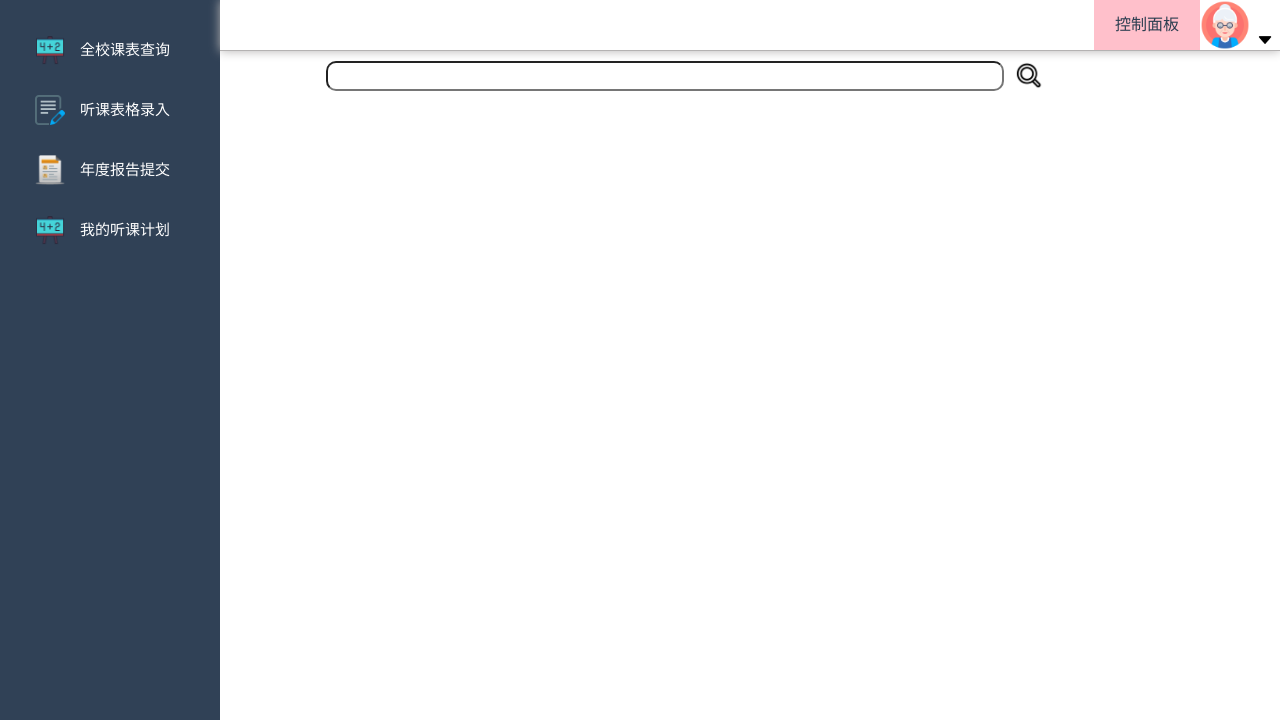
Repository: shandamengcheng/graduate-project
Page: /home
These files come from the project's save history. The page is drawn as it stood at one moment and after the next save; the edit follows.
The browser window is 1280 px wide. The pictures show the whole page.
The project was rebuilt for these pictures with package versions that can differ from the ones it lists, and the page was loaded fresh each time. Also part of the build but not shown: src/views/Login.vue, src/components/Record.vue, src/components/Report.vue, src/components/Plan.vue.

Above is the page before, as saved 2021-03-14 15:19:05.

### src/App.vue
<template>
  <div id="app">
    <router-view/>
  </div>
</template>

<style>
* {
  margin: 0;
  padding: 0;
  -webkit-box-sizing: inherit;
  box-sizing: inherit;
}

#app, html, body{
  font-family: Avenir, Helvetica, Arial, sans-serif;
  -webkit-font-smoothing: antialiased;
  -moz-osx-font-smoothing: grayscale;
  text-align: center;
  color: #2c3e50;
  height: 100%;
  overflow: hidden;
}

</style>

### src/router/index.js
import Vue from 'vue'
import VueRouter from 'vue-router'
import Home from '../views/Home.vue'
import Login from '../views/Login.vue';
import Search from '../components/Search.vue';
import Record from '../components/Record.vue';
import Report from '../components/Report.vue';
import Plan from '../components/Plan.vue';

Vue.use(VueRouter)

const routes = [
  {
    path: '/',
    name: 'Login',
    component: Login
  },
  {
    path: '/login',
    name: 'Login',
    component: Login
  },
  {
    path: '/home',
    name: Home,
    component: Home,
    children:[
      {
        path: '/',
        name: 'Search',
        component: Search,
      },
      {
        path: 'search',
        name: 'Search',
        component: Search,
      },
      {
        path: 'record',
        name: 'Record',
        component: Record
      },
      {
        path: 'Report',
        name: 'Report',
        component: Report
      },
      {
        path: 'Plan',
        name: 'Plan',
        component: Plan
      },
    ]
  }
]

const router = new VueRouter({
  mode: 'history',
  base: process.env.BASE_URL,
  routes
})

export default router

### src/views/Home.vue
<template>
  <div class="home">
    <SideBar @changeView="navigationToView" />
    <div class="main">
      <NavigationBar />
      <router-view />
      <!-- <Search /> -->
    </div>
  </div>
</template>

<script>
// @ is an alias to /src
import Login from "@/views/Login";
import SideBar from "@/components/SideBar";
import NavigationBar from "@/components/NavigationBar";
import Search from "@/components/Search";

export default {
  name: "Home",
  components: {
    Login,
    SideBar,
    NavigationBar,
    Search,
  },
  data() {
    return {
      // isShowMenu: false, // 用来控制头像旁menu的隐藏
    }
  },
  methods: {
    navigationToView: function(path) {
      if (location.pathname == `/home/${path}`) return;
      this.$router.push(`/home/${path}`);
    },
  },
};
</script>

<style scoped>
.home {
  min-height: 100%;
  width: 100%;
  display: flex;
  flex-direction: row;
  /* background-color: #2d3a4b;
    color: white; */
  overflow: hidden;
}
.main {
  width: calc(100% - 220px);
  min-width: 600px;
}
</style>

### src/components/Search.vue
<template>
  <div class="search">
    <input type="search" />
    <img src="@/assets/search.png" />
  </div>
</template>

<script>
export default {
  name: "Search",
};
</script>

<style scoped>
.search {
  width: 80%;
  margin: auto;
  height: 30px;
  margin-top: 10px;
  text-align: left;
}
.search input {
  display: inline-block;
  width: 80%;
  height: 30px;
  line-height: 30px;
  border-radius: 10px;
  outline: none;
  font-size: 20px;
  padding: 0 5px;
  box-sizing: border-box;
  vertical-align: top;
}
.search img {
  display: inline-block;
  width: 30px;
  height: 30px;
  margin-left: 10px;
  cursor: pointer;
}
/* img:active {
  box-shadow: 4px 3px 5px 2px rgb(180, 178, 178);
} */
</style>

### src/components/SideBar.vue
<template>
  <div class="sidebar">
    <SideBarItem id="search" @passData="passPathToHome">
      <img src="@/assets/class.png" />
      <div>全校课表查询</div>
    </SideBarItem>
    <SideBarItem id="record" @passData="passPathToHome">
      <img src="@/assets/sheet.png" />
      <div>听课表格录入</div>
    </SideBarItem>
    <SideBarItem id="report" @passData="passPathToHome">
      <img src="@/assets/report.png" />
      <div>年度报告提交</div>
    </SideBarItem>
    <SideBarItem id="plan" @passData="passPathToHome">
      <img src="@/assets/class.png" />
      <div>我的听课计划</div>
    </SideBarItem>
  </div>
</template>

<script>
import SideBarItem from "@/components/SideBarItem";

export default {
  name: "SideBar",
  components: {
    SideBarItem,
  },
  methods: {
    passPathToHome: function(path) {
      this.$emit('changeView', path)
    }
  },
};
</script>

<style scoped>
.sidebar {
  width: 220px;
  min-width: 220px;
  height: 100vh;
  background: #304156;
  color: white;
  font-size: 15px;
  text-align: center;
  display: flex;
  flex-direction: column;
  padding-top: 20px;
}
</style>

### src/components/NavigationBar.vue
<template>
  <div class="navbar">
    <div class="title">控制面板</div>
    <img src="@/assets/avatar.png" class="avatar-img" />
    <img src="@/assets/arrow.png" class="avatar-submenu" @click="toggleMenu" />
    <ul class="avatar-menu" v-if="showMenu" @click="toggleMenu">
      <li class="home" @click="navigateToPage('home')">Home</li>
      <li @click="navigateToPage('login')">Log Out</li>
    </ul>
  </div>
</template>

<script>
export default {
  name: "NavigationBar",
  data() {
    return {
      showMenu: false,
    };
  },
  methods: {
    toggleMenu: function() {
      this.showMenu = !this.showMenu;
    },
    navigateToPage: function(path) {
      if (location.pathname == `/${path}`) return;
      this.$router.push(`/${path}`);
    },
  },
};
</script>

<style scoped>
.navbar {
  width: 100%;
  height: 50px;
  display: flex;
  position: relative;
  justify-content: flex-end;
  border-bottom: 0.5px solid rgb(180, 178, 178);
  box-shadow: 0px 0px 10px rgb(180, 178, 178);
}
.navbar img {
  display: inline-block;
  height: 100%;
  width: 50px;
  border-radius: 10px;
}
.navbar .avatar-submenu {
  width: 20px;
  height: 20px;
  margin: 30px 5px 0px 5px;
}
.avatar-menu {
  position: absolute;
  top: 60px;
  right: 5px;
  width: 90px;
  border: 0.5px solid rgba(180, 178, 178, 0.5);
  list-style-type: none;
  padding: 0;
  border-radius: 10px;
}
.avatar-menu li {
  height: 50px;
  line-height: 50px;
  cursor: pointer;
}
.home {
  border-bottom: 0.5px solid rgba(180, 178, 178, 0.5);
}
.title {
  width: 10%;
  background: pink;
  line-height: 50px;
}
</style>

### src/components/SideBarItem.vue
<template>
  <div class="sidebar-item" @click="showSearchView">
    <slot>默认列表项</slot>
  </div>
</template>

<script>
export default {
  name: "SideBarItem",
  methods: {
    showSearchView: function() {
      this.$router.push('/home/search');
    }
  }
}
</script>

<style scoped>
.sidebar-item {
  height: 60px;
  padding: 0 10px;
  line-height: 60px;
  border: none;
  outline: none;
  cursor: pointer;
  display: flex;
  justify-content: center;
}
.sidebar-item img {
  /* display: inline-block; */
  align-self: center;
  height: 50%;
  vertical-align: middle;
  width: 15%;
  /* margin-right: 5px; */
}
.sidebar-item div {
  width: 60%;
  /* display: inline-block; */
}
</style>

Loaded but not shown: public/index.html (common file); src/main.js (common file); src/store/index.js (common file)

After the next save:
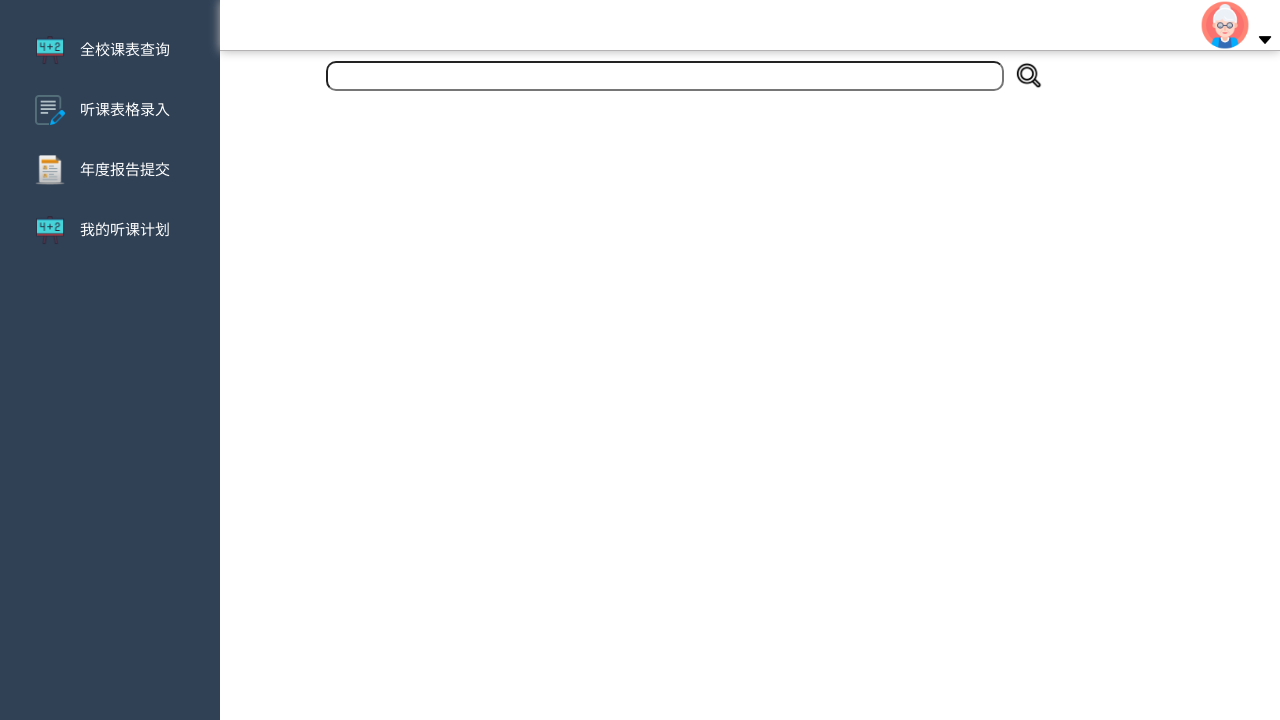
Saved 15 s later.
--- a/src/components/NavigationBar.vue
+++ b/src/components/NavigationBar.vue
@@ -1,6 +1,6 @@
 <template>
   <div class="navbar">
-    <div class="title">控制面板</div>
+    <!-- <div class="title">控制面板</div> -->
     <img src="@/assets/avatar.png" class="avatar-img" />
     <img src="@/assets/arrow.png" class="avatar-submenu" @click="toggleMenu" />
     <ul class="avatar-menu" v-if="showMenu" @click="toggleMenu">
@@ -69,9 +69,9 @@ export default {
 .home {
   border-bottom: 0.5px solid rgba(180, 178, 178, 0.5);
 }
-.title {
+/* .title {
   width: 10%;
   background: pink;
   line-height: 50px;
-}
+} */
 </style>
